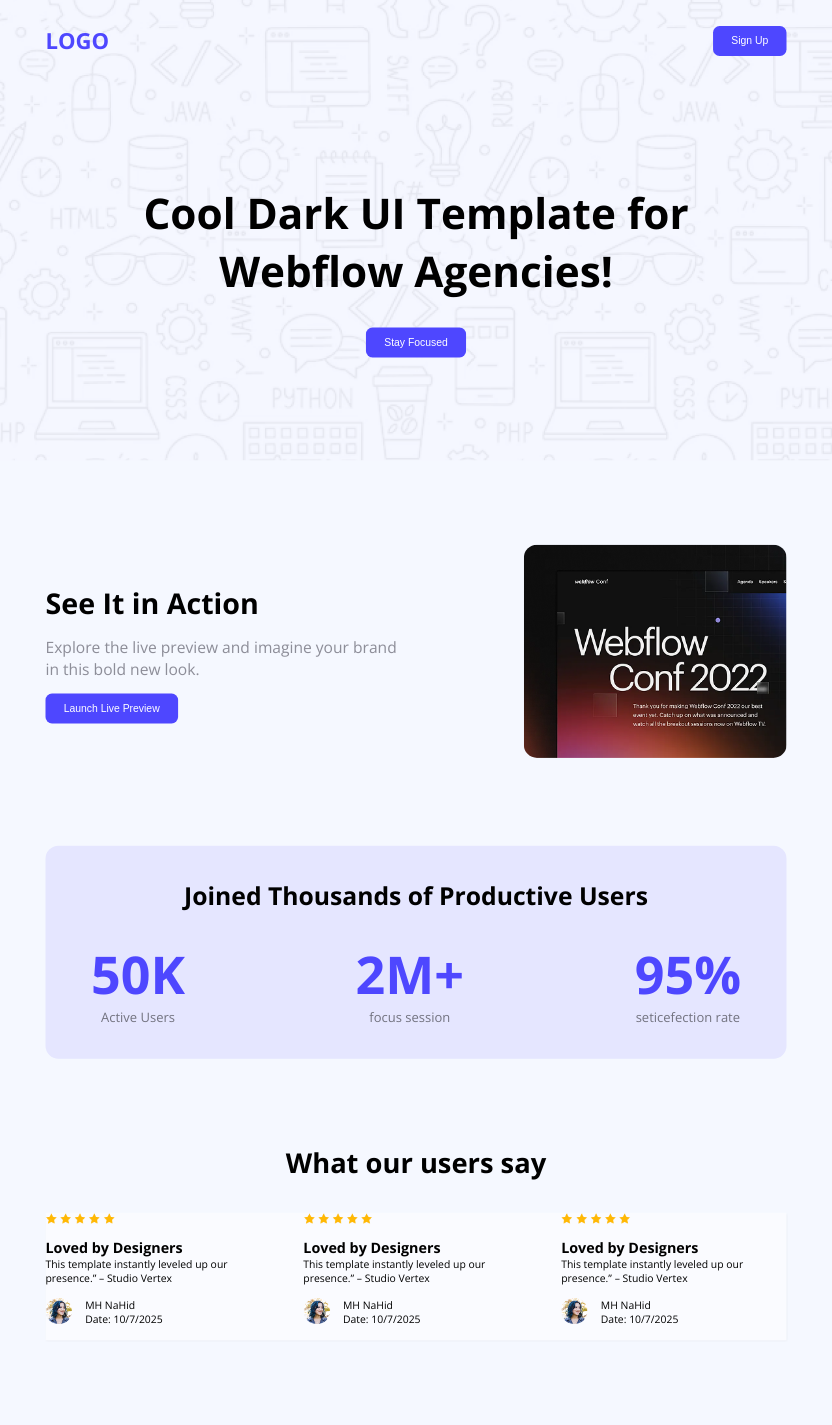
Repository: nahid-hasann/website-3
Page: index.html
The author's editor kept a copy of each file at every save. The page is drawn from the files as they stood at one save, then again after the next save.
The browser window is 1280 px wide. The pictures show the whole page, at 65% of full size.

Above is the page before, as saved 2025-07-10 21:12:12.

After the next save:
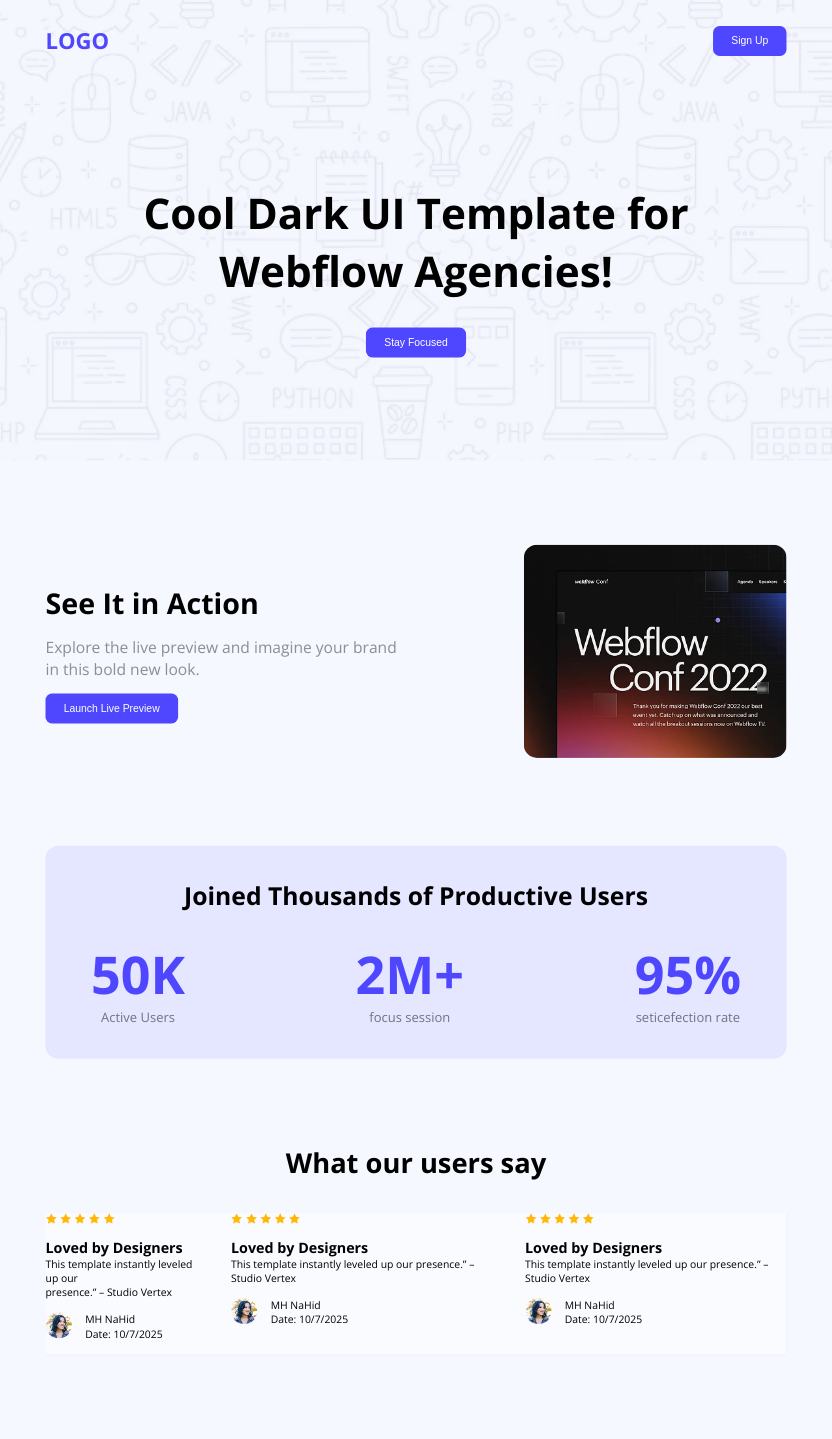
Saved 52 s later.
--- a/index.html
+++ b/index.html
@@ -89,7 +89,7 @@
         <img src="Assets/icon-star.png" alt="">
         <img src="Assets/icon-star.png" alt="">
         <h4>Loved by Designers</h4>
-        <p>This template instantly leveled up our presence.” – Studio Vertex</p>
+        <p>This template instantly leveled up our <br> presence.” – Studio Vertex</p>
         </div>
         <div class="reviwer">
             <div class="reviwer-img">
